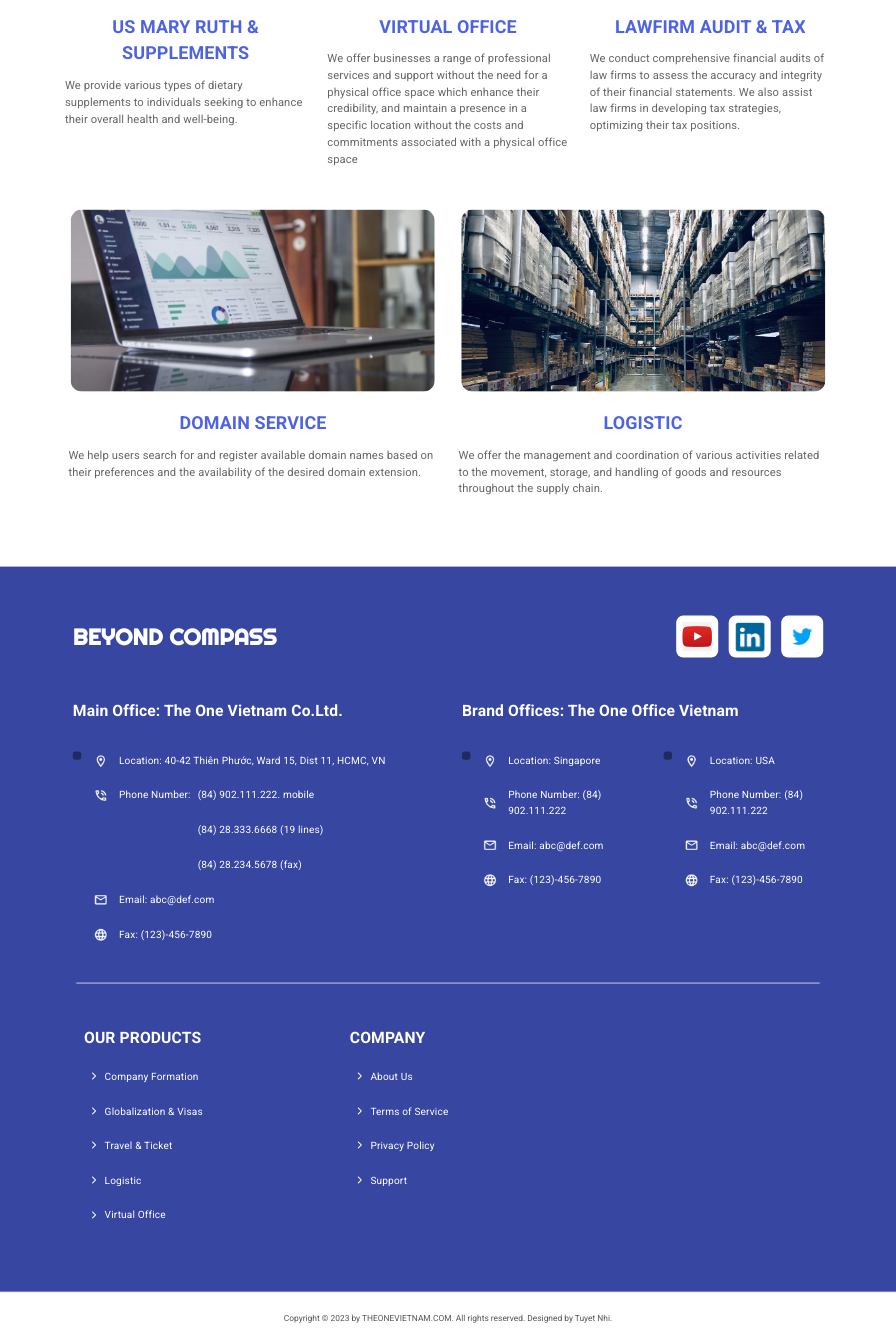
Repository: trunghau06/baitapRn
Page: pages/product.html
These files come from the project's save history. The page is drawn as it stood at one moment and after the next save; the edit follows.
The browser window is 1280 px wide. The pictures show the part of the page from y = 1519 to 3439 px (the page is 3439 px tall before and 3297 px after), at 70% of full size.

Above is the page before, as saved 2025-10-15 20:36:51.

### pages/product.html
<!DOCTYPE html>
<html lang="en">
<head>
    <meta charset="UTF-8">
    <meta name="viewport" content="width=device-width, initial-scale=1.0">
    <title>Our products</title>
    <link rel="stylesheet" href="../style/product.css?v=1">
    <link rel="stylesheet" href="https://cdnjs.cloudflare.com/ajax/libs/font-awesome/6.5.1/css/all.min.css">
    <link href="https://fonts.googleapis.com/css2?family=Roboto:wght@400;700&display=swap" rel="stylesheet">
</head>
<body>
    <!-- Thanh Header -->
    <header>
        <div class="header-Page">
            <!-- Logo -->
            <div class="logo">BEYOND COMPASS</div>

            <!-- Navigation Menu -->
            <nav>
                <div class="menu-item"><a href="../index.html">HOME</a></div>
                <div class="menu-item"><a href="../pages/about.html">ABOUT US</a></div>
                <div class="menu-item active"><a href="../pages/product.html">OUR PRODUCTS</a></div>
                <div class="menu-item"><a href="../pages/news.html">NEWS</a></div>
                <div class="menu-item"><a href="../pages/team.html">OUR TEAM</a></div>
                <div class="menu-item"><a href="../pages/contact.html">CONTACT</a></div>
                <div class="menu-item"><a href="../pages/blogs.html">BLOGS</a></div>
            </nav>
        </div>
    </header>

    <div class="header-banner"></div>

    <!-- Gioi Thieu -->
    <div class="introduce-Page">
        <svg class="hexagon-small-double" viewBox="0 0 100 115" xmlns="http://www.w3.org/2000/svg">
            <polygon points="50 10, 85 30, 85 70, 50 90, 15 70, 15 30"
                    fill="#C8CFF6"
                    stroke="none"/>
            <polygon points="50 -2, 97 20, 97 80, 50 102, 3 80, 3 20"
                    fill="none"
                    stroke="#C8CFF6"
                    stroke-width="10"/>
        </svg>

        <div class="hexagon hexagon-large"></div>

         <svg class="hexagon-outline" viewBox="0 0 100 115" xmlns="http://www.w3.org/2000/svg">
            <polygon points="50 0, 93 25, 93 75, 50 100, 7 75, 7 25"
                    fill="none"
                    stroke="#C8CFF6"
                    stroke-width="2"
                    stroke-dasharray="5, 5"/>
        </svg>

        <svg class="pentagon-outline" viewBox="0 0 100 100" xmlns="http://www.w3.org/2000/svg">
            <defs>
                <linearGradient id="strokeHalfColor" x1="0%" y1="0%" x2="100%" y2="0%">
                    <stop offset="50%" style="stop-color:#FFFFFF;stop-opacity:1" />
                    <stop offset="50%" style="stop-color:#C8CFF6;stop-opacity:1" />
                </linearGradient>
            </defs>
            <polygon points="50 5, 95 40, 80 90, 20 90, 5 40"
                    fill="none"
                    stroke="url(#strokeHalfColor)"
                    stroke-width="3"
                    transform="rotate(30 50 50)"/>
        </svg>

        <svg class="pentagon-filled" viewBox="0 0 100 100" xmlns="http://www.w3.org/2000/svg">
            <polygon points="50 5, 95 40, 80 90, 20 90, 5 40"
                    fill="#C8CFF6"
                    stroke="#C8CFF6"
                    stroke-width="3"/>
        </svg>

        <h1>Our products</h1>

        <h3>Unleash the Power of Innovation!</h3>

        <p>We are proud to offer a diverse range of cutting-edge products designed to revolutionize your world.</p>
    </div>

    <div class="box-section">
        <!-- box 1 -->
        <div class="box">
            <img src="../Images/image_box_1.jpg" alt="">

            <div class="content-box">
                <h3>COMPANY FORMATION</h3>

                <p>
                    We aim to simplify and streamline the complex legal
                    and administrative procedures involved in company
                    formation, helping clients navigate the requirements
                    and ensure compliance with relevant regulations.</p>
            </div>
        </div>

        <!-- box 2 -->
        <div class="box">
            <img src="../Images/image_box_2.jpg" alt="">

            <div class="content-box">
                <h3>GLOBAL IMMIGRATION & VISAS</h3>

                <p>
                    We assist people who want to travel, work, study, or
                    live in another country by offering comprehensive
                    assistance throughout the immigration and visa
                    application process.</p>
            </div>
        </div>

        <!-- box 3 -->
        <div class="box">
            <img src="../Images/image_box_3.jpg" alt="">

            <div class="content-box">
                <h3>TRAVEL AND TICKETS</h3>

                <p>
                    We provide personalized consultations to assess
                    clients' immigration goals, evaluate eligibility for
                    various immigration programs, and develop a
                    strategic immigration plan.</p>
            </div>
        </div>

        <!-- box 4 -->
        <div class="box">
            <img src="../Images/image_box_4.jpg" alt="">

            <div class="content-box">
                <h3>US MARY RUTH & SUPPLEMENTS</h3>

                <p>
                    We provide various types of dietary supplements to
                    individuals seeking to enhance their overall health
                    and well-being.
            </div>
        </div>

        <!-- box 5 -->
        <div class="box">
            <img src="../Images/image_box_5.jpg" alt="">

            <div class="content-box">
                <h3>VIRTUAL OFFICE</h3>

                <p>
                    We offer businesses a range of professional services
                    and support without the need for a physical office
                    space which enhance their credibility, and maintain a
                    presence in a specific location without the costs and
                    commitments associated with a physical office
                    space
                </p>
            </div>
        </div>

        <!-- box 6 -->
        <div class="box">
            <img src="../Images/image_box_6.jpg" alt="">

            <div class="content-box">
                <h3>LAWFIRM AUDIT & TAX</h3>

                <p>
                    We conduct comprehensive financial audits of law
                    firms to assess the accuracy and integrity of their
                    financial statements. We also assist law firms in
                    developing tax strategies, optimizing their tax
                    positions.
                </p>
            </div>
        </div>

        <!-- box 7 -->
        <div class="box">
            <img src="../Images/image_box_7.jpg" alt="">

            <div class="content-box">
                <h3>DOMAIN SERVICE</h3>

                <p>
                    We help users search for and register available domain names based on their
                    preferences and the availability of the desired domain extension.
                </p>
            </div>
        </div>

        <!-- box 8 -->
        <div class="box">
            <img src="../Images/image_box_8.jpg" alt="">

            <div class="content-box">
                <h3>LOGISTIC</h3>

                <p>
                    We offer the management and coordination of various activities related to the
                    movement, storage, and handling of goods and resources throughout the supply
                    chain.
                </p>
            </div>
        </div>
    </div>

    <!-- Footer -->
    <div class="footer">
        <!-- Header -->
        <div class="header-Footer">
            <h2>BEYOND COMPASS</h2>
            <div class="social-icons">
                <button><img src="../Images/youtube.png" alt="YouTube"></button>
                <button><img src="../Images/logo_linkedin.png" alt="LinkedIn"></button>
                <button><img src="../Images/image.png" alt="Twitter"></button>
            </div>
        </div>

        <!-- Offices -->
        <div class="offices">
            <!-- Main Office -->
            <div class="office">
                <h3>Main Office: The One Vietnam Co.Ltd.</h3>
                <div class="office-info">
                    <span class="square"></span>

                    <div class="content-info">
                        <p><img src="../Images/ic_map.png" alt="">Location: 40-42 Thiên Phước, Ward 15, Dist 11, HCMC, VN</p>

                        <div class="phone-group">
                            <p><img src="../Images/ic_phone.png" alt="">Phone Number: </p>

                            <div class="phone">
                                <p>(84) 902.111.222. mobile</p>
                                <p>(84) 28.333.6668 (19 lines)</p>
                                <p>(84) 28.234.5678 (fax)</p>
                            </div>
                        </div>

                        <p><img src="../Images/ic_email.png" alt="">Email: abc@def.com</p>
                        <p><img src="../Images/ic_global.png" alt="">Fax: (123)-456-7890</p>
                    </div>
                </div>
            </div>

            <!-- Brand Offices -->
            <div class="office">
                <h3>Brand Offices: The One Office Vietnam</h3>
                <div class="brand-offices">
                    <div class="office-info">
                        <span class="square"></span>

                        <div class="content-info">
                            <p><img src="../Images/ic_map.png" alt="Location">Location: Singapore</p>
                            <p><img src="../Images/ic_phone.png" alt="Phone">Phone Number: (84) 902.111.222</p>
                            <p><img src="../Images/ic_email.png" alt="Email">Email: abc@def.com</p>
                            <p><img src="../Images/ic_global.png" alt="Fax">Fax: (123)-456-7890</p>
                        </div>
                    </div>

                    <div class="office-info">
                        <span class="square"></span>

                        <div class="content-info">
                            <p><img src="../Images/ic_map.png" alt="">Location: USA</p>
                            <p></span><img src="../Images/ic_phone.png" alt="">Phone Number: (84) 902.111.222</p>
                            <p></span><img src="../Images/ic_email.png" alt="">Email: abc@def.com</p>
                            <p></span><img src="../Images/ic_global.png" alt="">Fax: (123)-456-7890</p>
                        </div>
                    </div>
                </div>
            </div>
        </div>

        <div class="line"></div>

        <div class="footer-links">
            <div class="link-column">
            <h4>OUR PRODUCTS</h4>
            <ul>
                <li><i class="fas fa-chevron-right"></i> Company Formation</li>
                <li><i class="fas fa-chevron-right"></i> Globalization & Visas</li>
                <li><i class="fas fa-chevron-right"></i> Travel & Ticket</li>
                <li><i class="fas fa-chevron-right"></i> Logistic</li>
                <li><i class="fas fa-chevron-right"></i> Virtual Office</li>
            </ul>
            </div>

            <div class="link-column">
            <h4>COMPANY</h4>
            <ul>
                <li><i class="fas fa-chevron-right"></i> About Us</li>
                <li><i class="fas fa-chevron-right"></i> Terms of Service</li>
                <li><i class="fas fa-chevron-right"></i> Privacy Policy</li>
                <li><i class="fas fa-chevron-right"></i> Support</li>
            </ul>
            </div>
        </div>

        <footer class="footer-bottom">
            <p>Copyright © 2023 by THEONEVIETNAM.COM. All rights reserved. Designed by Tuyet Nhi.</p>
        </footer>
    </div>
</body>
</html>

### style/product.css
@import url('https://fonts.googleapis.com/css2?family=Righteous&display=swap');

* {
    margin: 0;
    padding: 0;
    box-sizing: border-box;
}

body {
    font-family: 'Roboto', Arial, sans-serif;
}

/* Header */
.header-Page {
    position: fixed;
    top: 0;
    left: 0;
    width: 100%;
    margin: 0 auto;
    padding: 0 104px;
    display: flex;
    justify-content: space-between;
    align-items: center;
    height: 80px;
    background-color: white;
    z-index: 1000;
}


/* Logo */
.logo {
    font-family: 'Righteous', Arial, sans-serif;
    color: #2A367C;
    font-size: 1.8em;
    font-weight: 400;
}

/* Menu */
nav {
    display: flex;
    align-items: flex-end;
}

.menu-item {
    display: flex;
    justify-content: center;
    padding: 0;
}

.menu-item a {
    display: flex;
    align-items: center;
    justify-content: center;
    padding: 12px 16px 28px 16px;
    text-decoration: none;
    color: #666666;
    font-size: 1em;
    font-weight: 700;
    font-family: 'Roboto', Arial, sans-serif;
    border-bottom: 4px solid transparent;
    transition: border-color 0.3s, color 0.3s;
    cursor: pointer;
}

.menu-item a:hover {
    border-bottom-color: #3746A0;
    color: #3746A0;
}

.menu-item.active a {
    border-bottom-color: #3746A0;
    color: #3746A0;
}

/* Banner */
.header-banner {
    width: 100%;
    height: 400px;
    background-image: url('../Images/anhHeader_7.jpg');
    background-size: cover;
    background-position: center;
}

.introduce-Page {
    position: relative;
    background: linear-gradient(to right, #EBEDEE, #FDFBFB);
    display: flex;
    flex-direction: column;
    justify-items: center;
    align-items: center;
    padding: 30px 20px;
    overflow: hidden;
}

.introduce-Page h1 {
    font-family: 'Roboto', Arial, sans-serif;
    color: #2A367C;
    font-size: 3em;
    font-weight: 700;
    margin-bottom: 20px;
    line-height: 1.5;
    letter-spacing: 0.16px;
    z-index: 2;
}

.introduce-Page h3 {
    font-family: 'Roboto', Arial, sans-serif;
    font-size: 2em;
    color: #666666;
    line-height: 1.5;
    letter-spacing: 0.16px;
    margin-bottom: 20px;
    font-weight: bold;
}

.introduce-Page p {
    color: #666666;
    font-family: 'Roboto', Arial, sans-serif;
    line-height: 1.5;
    letter-spacing: 0.16px;
    margin-bottom: 15px;
    font-size: 1em;
}

.hexagon {
    position: absolute;
    background-color: #C8CFF6;
    clip-path: polygon(
        50% 0%, 93% 25%, 93% 75%, 50% 100%, 7% 75%, 7% 25%
    );
    box-shadow:
        0 0 0 8px white,
        0 0 0 10px #8B9FD9;
}

/* Hình lục giác nhỏ với 2 lớp viền */
.hexagon-small-double {
    position: absolute;
    width: 90px;
    height: 140px;
    top: 72%;
    left: 20px;
    z-index: 2;
}

/* Hình lục giác lớn */
.hexagon-large {
    width: 80px;
    height: 80px;
    bottom: 10px;
    right: 5%;
}

/* Hình lục giác chỉ viền nét đứt */
.hexagon-outline {
    position: absolute;
    width: 280px;
    height: 280px;
    top: 15%;
    right: 80px;
    transform: translateY(-50%);
}

/* Hình ngũ giác 5 góc nghiêng phải */
.pentagon-outline {
    position: absolute;
    width: 80px;
    height: 80px;
    top: 25%;
    left: 40%;
    transform: translate(-50%, -50%);
    z-index: 1;
}

/* Hình ngũ giác có ruột màu xanh */
.pentagon-filled {
   position: absolute;
    width: 80px;
    height: 80px;
    top: 25%;
    left: 38%;
    transform: translate(-50%, -50%);
    z-index: 0;
}

/* Cac box */
.box-section {
    display: flex;
    flex-wrap: wrap;
    gap: 10px;
    width: 100%;
    padding: 40px 32px 80px 32px;
    justify-content: center;
    align-items: stretch;
}

.box {
    width: 30%;
    border-radius: 15px;
    overflow: visible;
    display: flex;
    flex-direction: column;
    justify-items: center;
    align-items: center;
    padding: 20px 0;
}

.box img {
    width: 95%;
    height: 260px;
    object-fit: cover;
    border-radius: 16px;
}

.box-section .box:last-child,
.box-section .box:nth-last-child(2) {
    height: 250px;
}

.content-box {
    padding: 10px;
    text-align: center;
    flex-grow: 1;
}

.content-box h3 {
    font-family: 'Roboto', Arial, sans-serif;
    color: #4D63E2;
    font-size: 1.6em;
    font-weight: 700;
    line-height: 1.5;
    letter-spacing: 0.16px;
    margin: 15px 0 15px 0;
}

.content-box p {
    color: #666666;
    font-size: 1em;
    line-height: 1.5;
    letter-spacing: 0.16px;
    text-align: left;
}

.box:nth-child(7),
.box:nth-child(8) {
    width: 45%;
    margin-bottom: 100px;
}

/* Footer */
.footer {
  display: flex;
  flex-direction: column;
  background-color: #3746A0;
  margin-top: 100px;
}

.header-Footer {
    display: flex;
    justify-content: space-between;
    align-items: center;
    padding: 20px 104px;
    margin-top: 50px;
}

.header-Footer h2 {
    font-size: 2em;
    font-weight: bold;
    line-height: 1.5;
    letter-spacing: 0.16px;
    font-family: 'Righteous', Arial, sans-serif;
    color: #FFFFFF;
}

.social-icons {
    display: flex;
    gap: 15px;
}

.social-icons button {
    background: #FFFFFF;
    border: none;
    cursor: pointer;
    width: 60px;
    height: 60px;
    border-radius: 10px;
    display: flex;
    align-items: center;
    justify-content: center;
}

.social-icons button img {
    width: 70%;
    height: 70%;
    object-fit: contain;
}

.offices {
    padding: 10px 104px;
    display: grid;
    grid-template-columns: 1fr 1fr;
    gap: 40px;
    margin-top: 30px;
}

.brand-offices {
    display: grid;
    grid-template-columns: 1fr 1fr;
    gap: 60px;
}

.office h3 {
    margin-bottom: 15px;
    font-size: 1.4em;
    color: #FFFFFF;
    line-height: 1.5;
    letter-spacing: 0.16px;
}

.office-info {
    position: relative;
    margin-bottom: 20px;
    display: flex;
    align-items: flex-start;
}

.office-info .square {
    position: absolute;
    left: 0;
    top: 25px;
    width: 12px;
    height: 12px;
    background: #202A5F;
    border-radius: 4px;
}

.content-info {
    padding-left: 30px;
}

.content-info p {
    margin: 28px 0;
    display: flex;
    align-items: center;
    font-size: 0.9em;
    color: #FFFFFF;
    line-height: 1.5;
    letter-spacing: 0.24px;
}

.phone-group {
    display: flex;
    justify-content: left;
    align-items: flex-start;
    gap: 10px;
}

.phone-group p {
    margin: 0;
    font-size: 0.9em;
    margin-bottom: 28px;
    color: #FFFFFF;
    line-height: 1.5;
    letter-spacing: 0.24px;
}

.phone-group .phone p:nth-of-type(3) {
    margin-bottom: 0;
}

.phone {
    display: flex;
    flex-direction: column;
    text-align: left;
}

.content-info img {
    width: 20px;
    height: 20px;
    margin-right: 16px;
    vertical-align: middle;
    filter: brightness(0) invert(1);
}

.line {
    width: 83%;
    height: 2px;
    background: rgba(255,255,255,0.5);
    margin: 0 auto 40px auto;
}

.footer-links {
    display: flex;
    justify-content: left;
    gap: 200px;
    padding: 20px 120px;
    margin-bottom: 50px;
}

.link-column h4 {
    margin-bottom: 15px;
    font-size: 1.4em;
    font-weight: bold;
    color: #FFFFFF;
    text-transform: uppercase;
    line-height: 1.5;
    letter-spacing: 0.16px;
}

.link-column ul {
    list-style: none;
    padding: 0 10px;
}

.link-column ul li {
    margin: 28px 0;
    font-size: 0.9em;
    display: flex;
    align-items: center;
    color: #FFFFFF;
    line-height: 1.5;
    letter-spacing: 0.24px;
}

.link-column ul li i {
    margin-right: 12px;
    font-size: 0.8em;
    color: #FFFFFF;
}

.footer-bottom {
    margin-top: auto;
    background: #fff;
    text-align: center;
    padding: 30px 0;
    font-size: 12px;
    color: #555;
    border-top: 1px solid #ddd;
}

After the next save:
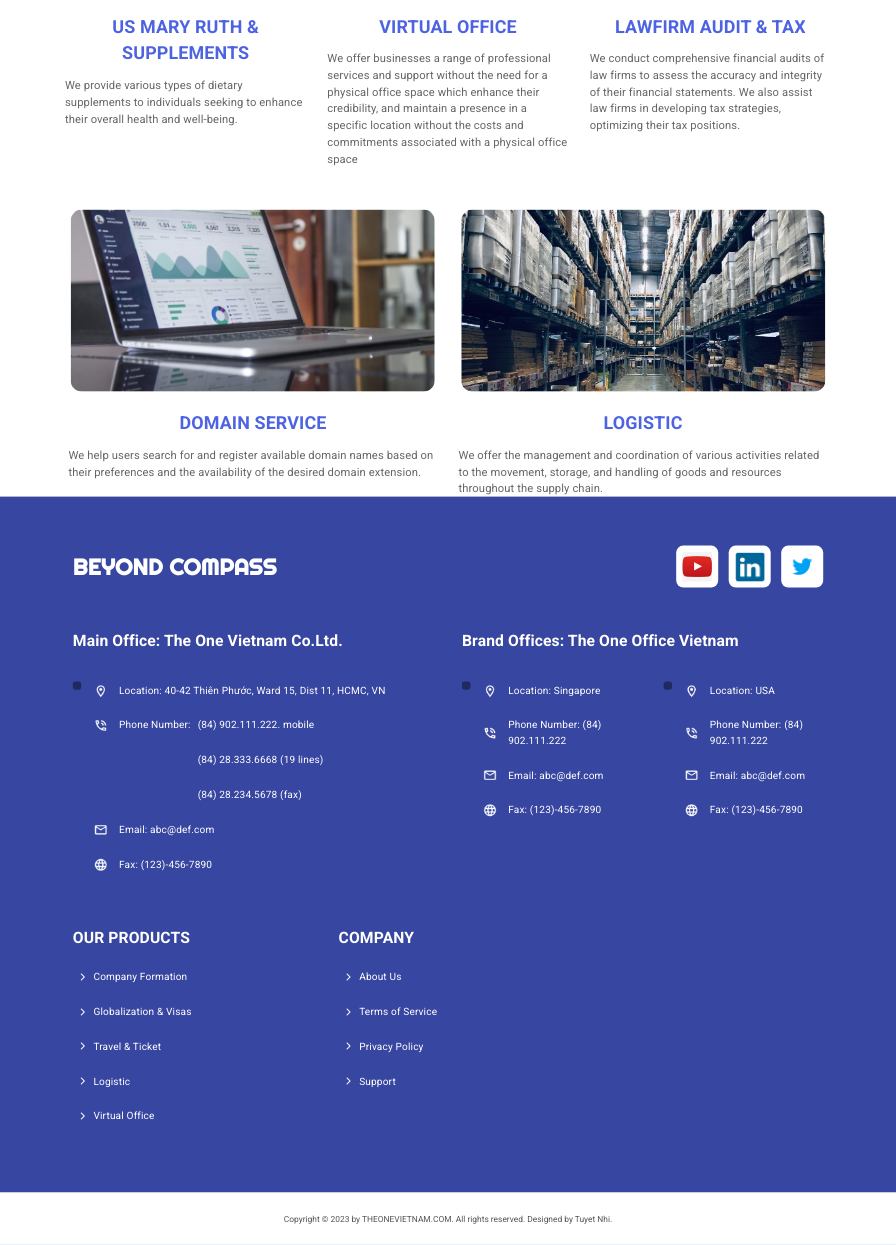
Saved 17 s later.
--- a/style/product.css
+++ b/style/product.css
@@ -252,7 +252,6 @@ nav {
   display: flex;
   flex-direction: column;
   background-color: #3746A0;
-  margin-top: 100px;
 }
 
 .header-Footer {
@@ -266,6 +265,7 @@ nav {
 .header-Footer h2 {
     font-size: 2em;
     font-weight: bold;
+    letter-spacing: 2px;
     line-height: 1.5;
     letter-spacing: 0.16px;
     font-family: 'Righteous', Arial, sans-serif;
@@ -382,18 +382,24 @@ nav {
     filter: brightness(0) invert(1);
 }
 
-.line {
-    width: 83%;
+.line-Footer {
+    display: flex;
+    padding: 0 104px;
+}
+
+.line-contentFooter {
+    width: 100%;
+    display: flex;
+    margin: 0;
     height: 2px;
-    background: rgba(255,255,255,0.5);
-    margin: 0 auto 40px auto;
+    background: #FFFFFF;
 }
 
 .footer-links {
     display: flex;
     justify-content: left;
     gap: 200px;
-    padding: 20px 120px;
+    padding: 20px 104px;
     margin-bottom: 50px;
 }
 
@@ -401,10 +407,10 @@ nav {
     margin-bottom: 15px;
     font-size: 1.4em;
     font-weight: bold;
+    line-height: 1.5;
+        letter-spacing: 0.16px;
     color: #FFFFFF;
     text-transform: uppercase;
-    line-height: 1.5;
-    letter-spacing: 0.16px;
 }
 
 .link-column ul {
@@ -417,9 +423,9 @@ nav {
     font-size: 0.9em;
     display: flex;
     align-items: center;
-    color: #FFFFFF;
     line-height: 1.5;
     letter-spacing: 0.24px;
+    color: #FFFFFF;
 }
 
 .link-column ul li i {
